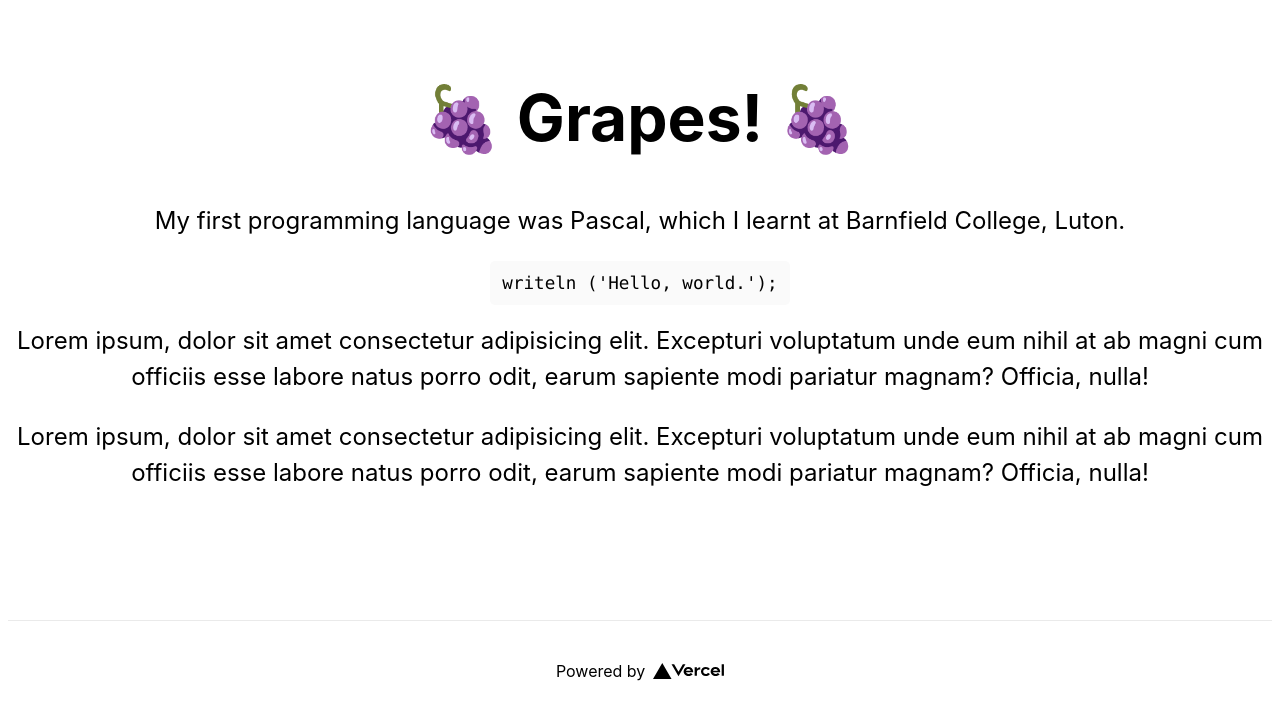
Repository: technogize/next-test-site
Page: /
An editor plug-in stored every save of this project. The page is shown before and after a run of saves, followed by the edit.
The browser window is 1280 px wide. The pictures show the whole page.
The project was rebuilt for these pictures with package versions that can differ from the ones it lists, and the page was loaded fresh each time. The framework's server and built-in components were replaced by stand-ins that run in the browser.

Above is the page before, as saved 2021-10-02 08:48:28.

After the next 2 saves:
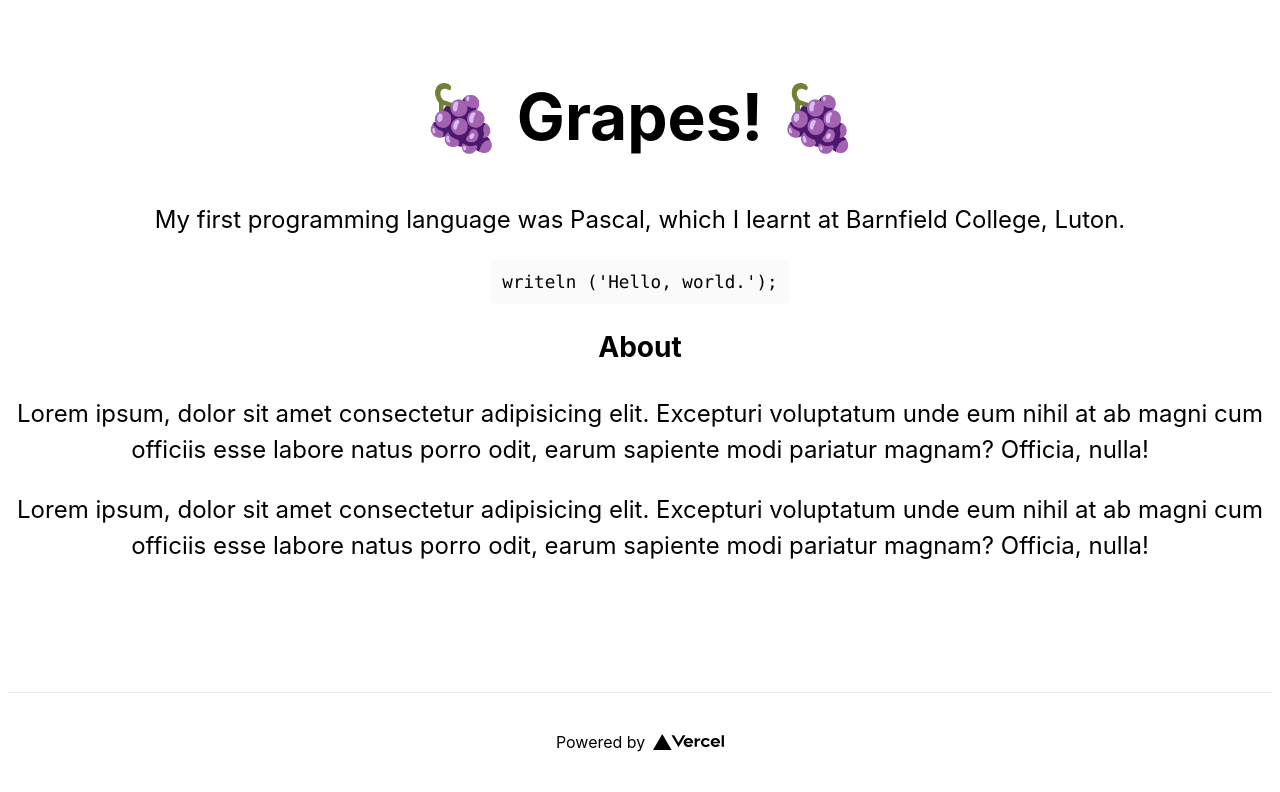
The 2 saves are shown as one change because 1 did not build or start.
The last was saved 22 s later.
--- a/pages/index.js
+++ b/pages/index.js
@@ -19,6 +19,7 @@ export default function Home() {
           <code className={styles.code}>
             writeln ('Hello, world.');
           </code>
+          <h3><a href='/about'>About</a></h3>
           <p>Lorem ipsum, dolor sit amet consectetur adipisicing elit. Excepturi voluptatum unde eum nihil at ab magni cum officiis esse labore natus porro odit, earum sapiente modi pariatur magnam? Officia, nulla!</p>
           <p>Lorem ipsum, dolor sit amet consectetur adipisicing elit. Excepturi voluptatum unde eum nihil at ab magni cum officiis esse labore natus porro odit, earum sapiente modi pariatur magnam? Officia, nulla!</p>
 
